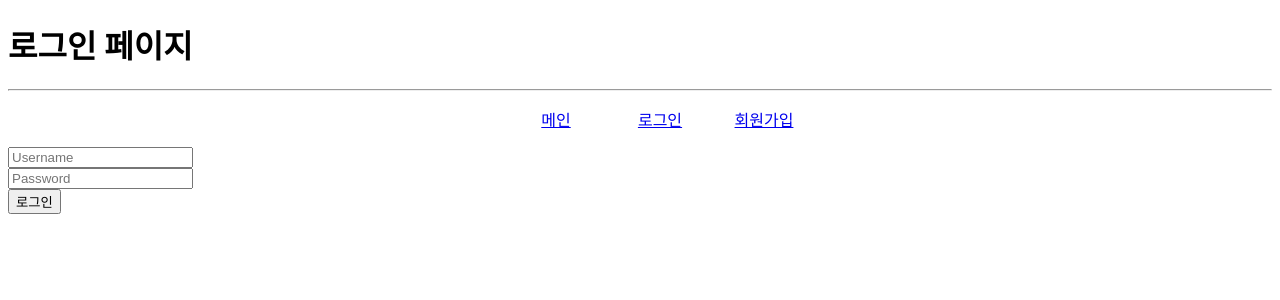
Repository: jchh0177/jsp-work
Page: http://localhost/cos/login.jsp
The author's editor kept a copy of each file at every save. The page is drawn from the files as they stood at one save, then again after the next save.
The browser window is 1280 px wide. The pictures show the whole page.
The page is served by Tomcat 9. Other server files are loaded and not shown.

Above is the page before, as saved 2020-08-22 06:27:03.

### cos/WebContent/login.jsp
<%@ page language="java" contentType="text/html; charset=UTF-8"
    pageEncoding="UTF-8"%>
<!DOCTYPE html>
<html>
<head>
<meta charset="UTF-8">
<title>로그인 페이지</title>
<style>
	ul {
		text-align: center;
	}
	li {
		display: inline-block;
		width: 100px;
	}
</style>
</head>
<body>
<h1>로그인 페이지</h1>
<hr/>
<ul>
	<li><a href="main.jsp">메인</a></li>
	<li><a href="login.jsp">로그인</a></li>
	<li><a href="join.jsp">회원가입</a></li>
</ul>
<!-- 로그인은 Read하는 것인데 보안을 위해 Post로 전송한다 -->
<form action="loginProc.jsp" method="post">
	<input type="text" name="username" placeholder="Username"/> <br />
	<input type="password" name="password" placeholder="Password"/> <br />
	<button>로그인</button>
</form>
</body>
</html>

### cos/WebContent/layout/header.jsp
<%@ page language="java" contentType="text/html; charset=UTF-8"
    pageEncoding="UTF-8"%>
<!DOCTYPE html>
<html>
<head>
<meta charset="UTF-8">
<title>메인페이지</title>
<style>
	ul {
		text-align: center;
	}
	li {
		display: inline-block;
		width: 100px;
	}
</style>
</head>
<body>
<ul>
	<li><a href="main.jsp">메인</a></li>
	<li><a href="login.jsp">로그인</a></li>
	<li><a href="join.jsp">회원가입</a></li>
</ul>
<hr/>

### cos/WebContent/layout/footer.jsp
<%@ page language="java" contentType="text/html; charset=UTF-8"
    pageEncoding="UTF-8"%>

<hr/>
<h1> 푸터!!</h1>
</body>
</html>

After the next save:
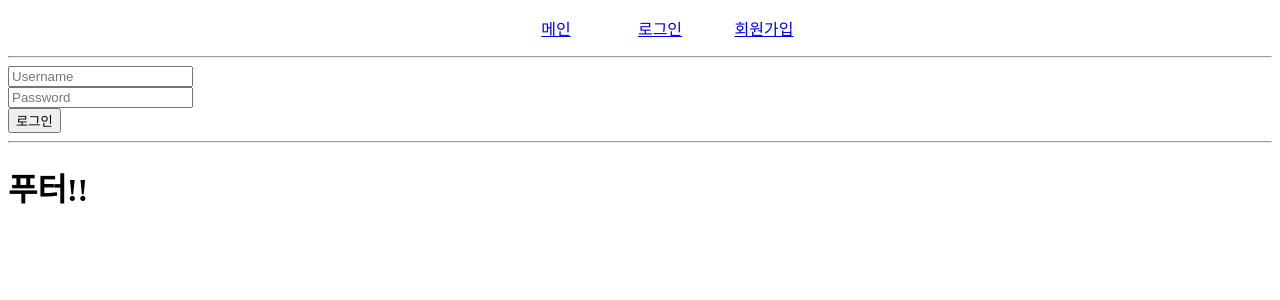
Saved 99 s later.
--- a/cos/WebContent/login.jsp
+++ b/cos/WebContent/login.jsp
@@ -1,33 +1,13 @@
 <%@ page language="java" contentType="text/html; charset=UTF-8"
     pageEncoding="UTF-8"%>
-<!DOCTYPE html>
-<html>
-<head>
-<meta charset="UTF-8">
-<title>로그인 페이지</title>
-<style>
-	ul {
-		text-align: center;
-	}
-	li {
-		display: inline-block;
-		width: 100px;
-	}
-</style>
-</head>
-<body>
-<h1>로그인 페이지</h1>
-<hr/>
-<ul>
-	<li><a href="main.jsp">메인</a></li>
-	<li><a href="login.jsp">로그인</a></li>
-	<li><a href="join.jsp">회원가입</a></li>
-</ul>
+
+<%@ include file="layout/header.jsp" %>
+
 <!-- 로그인은 Read하는 것인데 보안을 위해 Post로 전송한다 -->
 <form action="loginProc.jsp" method="post">
 	<input type="text" name="username" placeholder="Username"/> <br />
 	<input type="password" name="password" placeholder="Password"/> <br />
 	<button>로그인</button>
 </form>
-</body>
-</html>
+
+<%@ include file="layout/footer.jsp" %>
